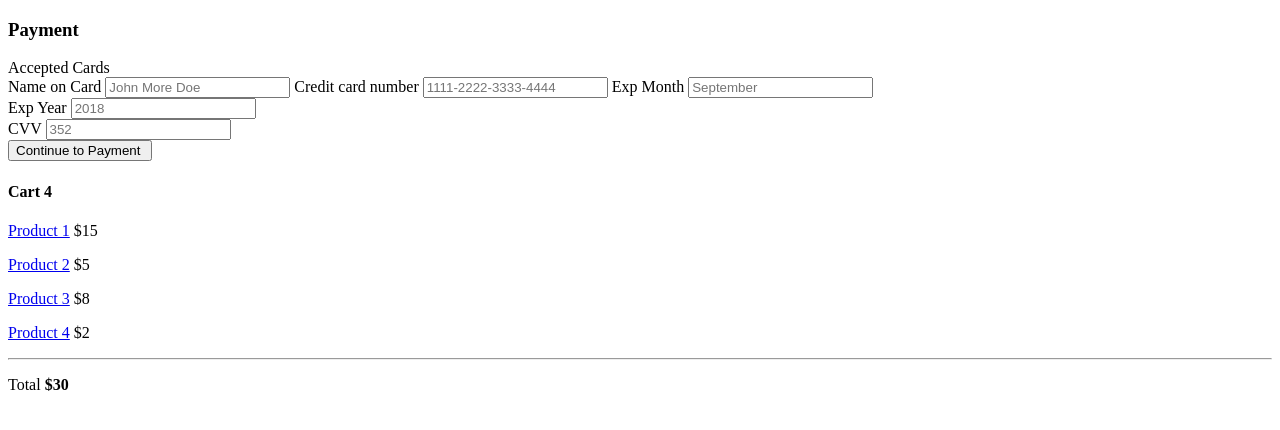
Repository: Shivani2392/FlyAwayProject
Page: http://localhost/FlightBookingPortal/Payement.jsp
These files come from the project's save history. The page is drawn as it stood at one moment and after the next save; the edit follows.
The browser window is 1280 px wide. The pictures show the whole page.
The page is served by Tomcat 9.

Above is the page before, as saved 2020-11-21 14:04:12.

After the next save:
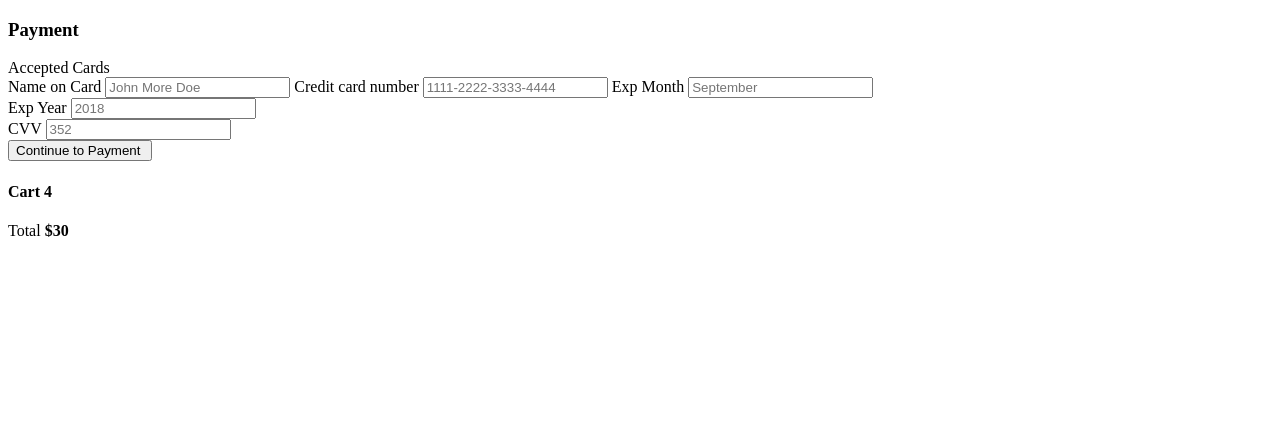
Saved 15 min 3 s later.
--- a/FlightBookingPortal/src/main/webapp/Payement.jsp
+++ b/FlightBookingPortal/src/main/webapp/Payement.jsp
@@ -9,7 +9,7 @@
 
 </head>
 <body>
-          <form>
+          <form action="PaymentService" method="post">
             <h3>Payment</h3>
             <label for="fname">Accepted Cards</label>
             <div class="icon-container">
@@ -52,11 +52,7 @@
           <b>4</b>
         </span>
       </h4>
-      <p><a href="#">Product 1</a> <span class="price">$15</span></p>
-      <p><a href="#">Product 2</a> <span class="price">$5</span></p>
-      <p><a href="#">Product 3</a> <span class="price">$8</span></p>
-      <p><a href="#">Product 4</a> <span class="price">$2</span></p>
-      <hr>
+
       <p>Total <span class="price" style="color:black"><b>$30</b></span></p>
     </div>
   </div>
